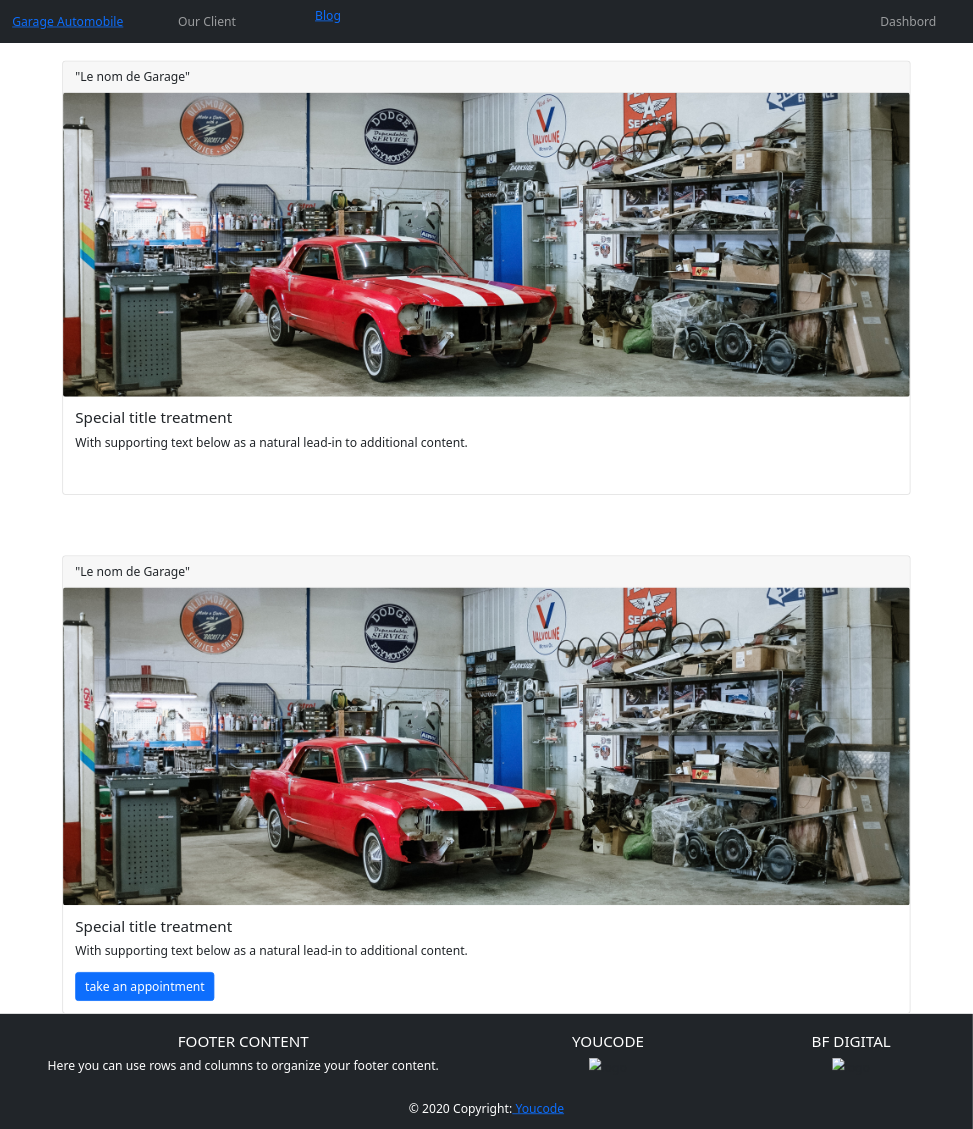
Repository: abdelhak-f/Fil-Rouge
Page: /Blog (app in client/)
The author's editor kept a copy of each file at every save. The page is drawn from the files as they stood at one save, then again after the next save.
The browser window is 1280 px wide. The pictures show the whole page, at 76% of full size.
The project was rebuilt for these pictures with package versions that can differ from the ones it lists, and the page was loaded fresh each time. Also part of the build but not shown: client/src/components/Text.jsx, client/src/components/forms/FirstFrontForm.jsx, client/src/components/Body.jsx.

Above is the page before, as saved 2021-09-08 14:51:17.

### client/public/index.html
<!DOCTYPE html>
<html lang="en">
  <head>
    <meta charset="utf-8" />
    <link rel="icon" href="%PUBLIC_URL%/favicon.ico" />
    <meta name="viewport" content="width=device-width, initial-scale=1" />
    <meta name="theme-color" content="#000000" />
    <meta
      name="description"
      content="Web site created using create-react-app"
    />
    <!--   import bootstrao  -->
    <link
  rel="stylesheet"
  href="https://cdn.jsdelivr.net/npm/bootstrap@5.1.0/dist/css/bootstrap.min.css"
  integrity="sha384-KyZXEAg3QhqLMpG8r+8fhAXLRk2vvoC2f3B09zVXn8CA5QIVfZOJ3BCsw2P0p/We"
  crossorigin="anonymous"
  />

    <link rel="apple-touch-icon" href="%PUBLIC_URL%/logo192.png" />
    <!--
      manifest.json provides metadata used when your web app is installed on a
      user's mobile device or desktop. See https://developers.google.com/web/fundamentals/web-app-manifest/
    -->
    <link rel="manifest" href="%PUBLIC_URL%/manifest.json" />
    <!--
      Notice the use of %PUBLIC_URL% in the tags above.
      It will be replaced with the URL of the `public` folder during the build.
      Only files inside the `public` folder can be referenced from the HTML.

      Unlike "/favicon.ico" or "favicon.ico", "%PUBLIC_URL%/favicon.ico" will
      work correctly both with client-side routing and a non-root public URL.
      Learn how to configure a non-root public URL by running `npm run build`.
    -->
    <title>React App</title>
  </head>
  <body>
    <noscript>You need to enable JavaScript to run this app.</noscript>
    <div id="root"></div>
    <!--
      This HTML file is a template.
      If you open it directly in the browser, you will see an empty page.

      You can add webfonts, meta tags, or analytics to this file.
      The build step will place the bundled scripts into the <body> tag.

      To begin the development, run `npm start` or `yarn start`.
      To create a production bundle, use `npm run build` or `yarn build`.
    -->
  </body>
</html>

### client/src/index.js
import React from 'react';
import ReactDOM from 'react-dom';
import './index.css';
import App from './App';
import reportWebVitals from './reportWebVitals';

// import bootstrap
import 'bootstrap/dist/css/bootstrap.min.css';

ReactDOM.render(
  <React.StrictMode>
    <App />
  </React.StrictMode>,
  document.getElementById('root')
);

// If you want to start measuring performance in your app, pass a function
// to log results (for example: reportWebVitals(console.log))
// or send to an analytics endpoint. Learn more: https://bit.ly/CRA-vitals
reportWebVitals();

### client/src/App.js
// import './App.css';
import React from 'react';

import Navbar from './components/Nnavbar';
import Body from './components/Body';
import Footer from './components/Footer';
import Blog from './components/Blog';

import { BrowserRouter as Router, Switch, Route } from 'react-router-dom';






function App() {
  return (


    <>
<Router>

     <Navbar />




    <Switch>
    <Route  path="/" exact component={Body} />
       <Route  path="/Blog" component={Blog} />
    </Switch>

    <Footer/>
</Router>
    </>

  );
}

export default App;

### client/src/components/Nnavbar.jsx
import React from 'react';
import { NavLink } from 'react-router-dom';

import * as ReactBootstrap from 'react-bootstrap';









function Navbar() {
    return(
      <>

            <ReactBootstrap.Navbar className="mb-5" collapseOnSelect expand="lg" bg="dark" variant="dark" fixed="top">

 <NavLink className="mx-3" to="/">Garage Automobile</NavLink>
 <ReactBootstrap.Navbar.Toggle aria-controls="responsive-navbar-nav" />
 <ReactBootstrap.Navbar.Collapse id="responsive-navbar-nav">
   <ReactBootstrap.Nav className="me-auto">
     <ReactBootstrap.Nav.Link className="mx-5" href="#features">Our Client</ReactBootstrap.Nav.Link>
     <NavLink  className="px-5" to="/blog">Blog</NavLink>
     {/* <ReactBootstrap.NavDropdown title="Dropdown" id="collasible-nav-dropdown">
       <ReactBootstrap.NavDropdown.Item href="#action/3.1">Action</ReactBootstrap.NavDropdown.Item>
       <ReactBootstrap.NavDropdown.Item href="#action/3.2">Another action</ReactBootstrap.NavDropdown.Item>
       <ReactBootstrap.NavDropdown.Item href="#action/3.3">Something</ReactBootstrap.NavDropdown.Item>
       <ReactBootstrap.NavDropdown.Divider />
       <ReactBootstrap.NavDropdown.Item href="#action/3.4">Separated link</ReactBootstrap.NavDropdown.Item>
     </ReactBootstrap.NavDropdown> */}
   </ReactBootstrap.Nav>
   <ReactBootstrap.Nav>
     <ReactBootstrap.Nav.Link href="#deets" className="px-5" > Dashbord</ReactBootstrap.Nav.Link>
     {/* <ReactBootstrap.Nav.Link eventKey={2} href="#memes">
       Admin
     </ReactBootstrap.Nav.Link> */}
   </ReactBootstrap.Nav>
 </ReactBootstrap.Navbar.Collapse>

</ReactBootstrap.Navbar>





</>

    )
}

export default Navbar ;

### client/src/components/Footer.jsx
import React from "react";


function Footer () {
    return(
<footer  className="pt-4 page-footer font-small blue bg-dark ">
    <div className="text-center container-fluid text-md-left ">
        <div className="row">
            <div className="mt-3 text-white col-md-6 mt-md-0">
                <h5 className=" text-uppercase">Footer Content</h5>
                <p >Here you can use rows and columns to organize your footer content.</p>
            </div>

            <hr className="clearfix pb-0 w-100 d-md-none"/>

            <div className="mb-3 col-md-3 mb-md-0">
                <h5 className="text-white text-uppercase">Youcode</h5>
                <img src="" alt="logo" width={300} /></div>

            <div className="mb-3 col-md-3 mb-md-0">
                <h5 className="text-white text-uppercase " >BF Digital</h5>
                <img src="" alt="logo" width={300} />
            </div>
        </div>
    </div>

    <div className="py-3 text-center text-white footer-copyright " >© 2020 Copyright:
        <a href="https://www.youcode.ma/"> Youcode</a>
    </div>

</footer>
)

}

export default Footer

### client/src/components/Blog.jsx
import React from 'react'
import './css/style.css';
import { Container, Card, Button, Badge } from 'react-bootstrap';
import image from '../images/image.jpg';

function Blog() {
  return (

     <Container  className="Blog" >
         {/* first blog */}
         <Card >
           <Card.Header  >"Le nom de Garage"  </Card.Header>
            <Card.Img style={{ height: '400px', weiht: '500px' }} src={image} />
            <Card.Body>
            <Card.Title>Special title treatment</Card.Title>
            <Card.Text>
                 With supporting text below as a natural lead-in to additional content.
            </Card.Text>
            <Badge pill bg="secondary">take an appointment</Badge>{' '}

           </Card.Body>
        </Card>

        <Card className="Blog">
           <Card.Header  >"Le nom de Garage"  </Card.Header>
            <Card.Img  src={image} />
            <Card.Body>
            <Card.Title>Special title treatment</Card.Title>
            <Card.Text>
                 With supporting text below as a natural lead-in to additional content.
            </Card.Text>
            <Button variant="primary">take an appointment</Button>
           </Card.Body>
        </Card>

        {/* second blog */}

     </Container>


  )

}

export default Blog

### client/src/components/css/style.css

.Blog {
    margin-top: 5rem;
  }

Loaded but not shown: client/src/index.css (common file); client/src/reportWebVitals.js (common file)

After the next save:
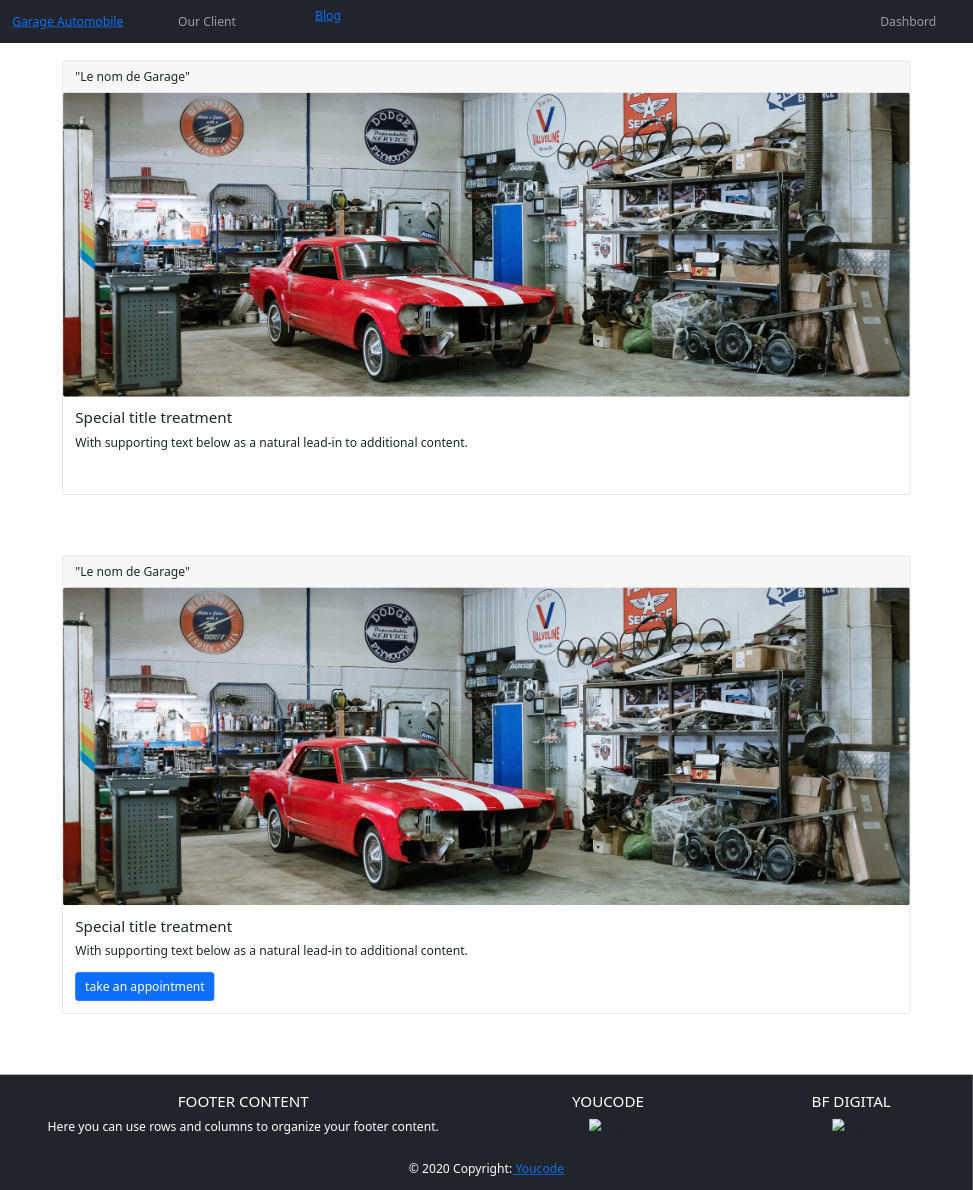
Saved 77 s later.
--- a/client/src/components/css/style.css
+++ b/client/src/components/css/style.css
@@ -1,4 +1,5 @@
 
 .Blog {
     margin-top: 5rem;
+    margin-bottom: 5rem;
   }
